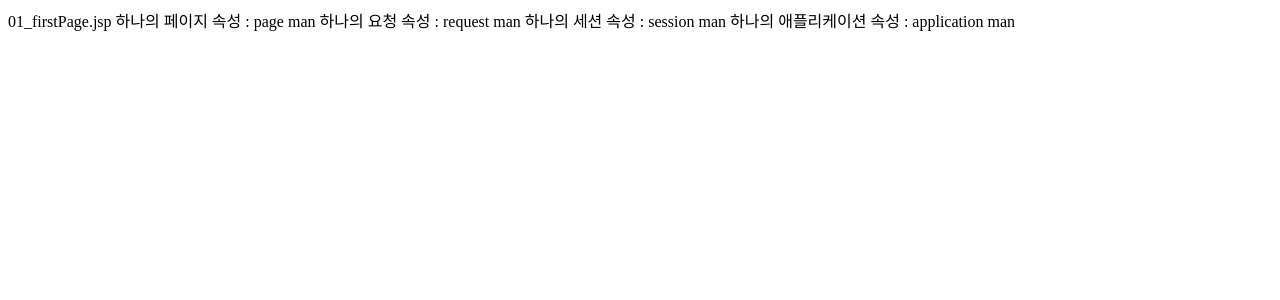
Repository: jungwoonAn/jsp_basic
Page: http://localhost/MustHaveJSP/03_Scope/01_firstPage.jsp
These files come from the project's save history. The page is drawn as it stood at one moment and after the next save; the edit follows.
The browser window is 1280 px wide. The pictures show the whole page.
The page is served by Tomcat 10. Other server files are loaded and not shown.

Above is the page before, as saved 2024-10-17 06:19:41.

### MustHaveJSP/src/main/webapp/03_Scope/01_firstPage.jsp
<%@ page language="java" contentType="text/html; charset=UTF-8"
    pageEncoding="UTF-8"%>
<%
pageContext.setAttribute("name", "page man");
request.setAttribute("name", "request man");
session.setAttribute("name", "session man");
application.setAttribute("name", "application man");

out.println("01_firstPage.jsp");
out.println("하나의 페이지 속성 : " + pageContext.getAttribute("name"));
out.println("하나의 요청 속성 : " + request.getAttribute("name"));
out.println("하나의 세션 속성 : " + session.getAttribute("name"));
out.println("하나의 애플리케이션 속성 : " + application.getAttribute("name"));
%>

### MustHaveJSP/src/main/webapp/03_Scope/02_secondPage.jsp
<%@ page language="java" contentType="text/html; charset=UTF-8"
    pageEncoding="UTF-8"%>
<!DOCTYPE html>
<html>
<head>
<meta charset="UTF-8">
<title>Insert title here</title>
</head>
<body>
	하나의 페이지 속성 : <%= pageContext.getAttribute("name") %><br>
	하나의 요청 속성 : <%= request.getAttribute("name") %><br>
	하나의 세션 속성 : <%= session.getAttribute("name") %><br>
	하나의 애플리케이션 속성 : <%= application.getAttribute("name") %><br>
</body>
</html>

After the next save:
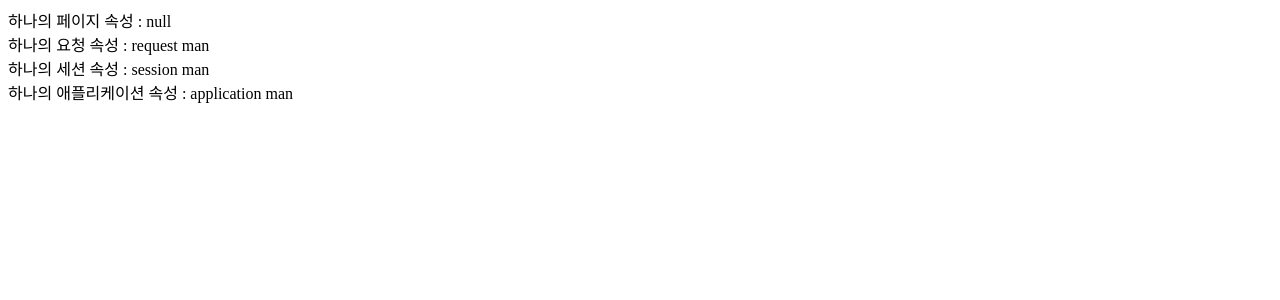
Saved 32 s later.
--- a/MustHaveJSP/src/main/webapp/03_Scope/01_firstPage.jsp
+++ b/MustHaveJSP/src/main/webapp/03_Scope/01_firstPage.jsp
@@ -11,4 +11,7 @@ out.println("하나의 페이지 속성 : " + pageContext.getAttribute("name"));
 out.println("하나의 요청 속성 : " + request.getAttribute("name"));
 out.println("하나의 세션 속성 : " + session.getAttribute("name"));
 out.println("하나의 애플리케이션 속성 : " + application.getAttribute("name"));
+
+//포워딩 방식으로 페이지 이동
+request.getRequestDispatcher("02_secondPage.jsp").forward(request,response);
 %>
